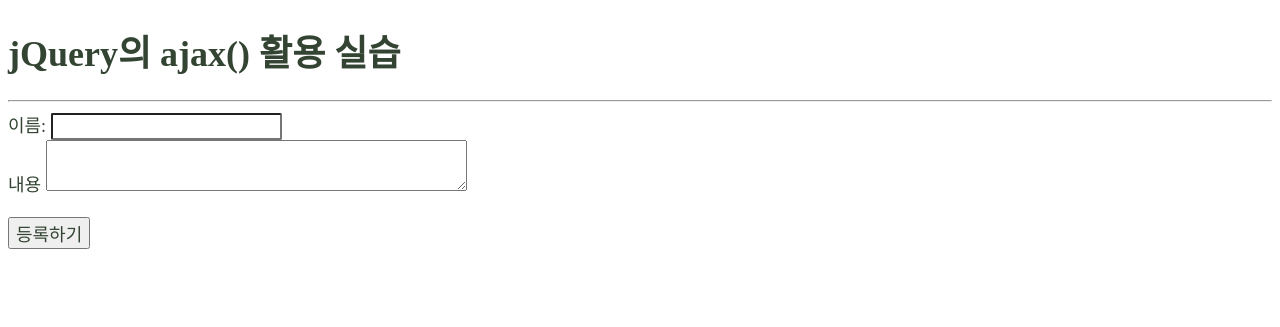
Repository: Jeong43/WebStudy
Page: http://localhost/AjaxJqueryApp04/AjaxTest02.jsp
The author's editor kept a copy of each file at every save. The page is drawn from the files as they stood at one save, then again after the next save.
The browser window is 1280 px wide. The pictures show the whole page.
The page is served by Tomcat 9.

Above is the page before, as saved 2021-12-08 00:07:52.

After the next save:
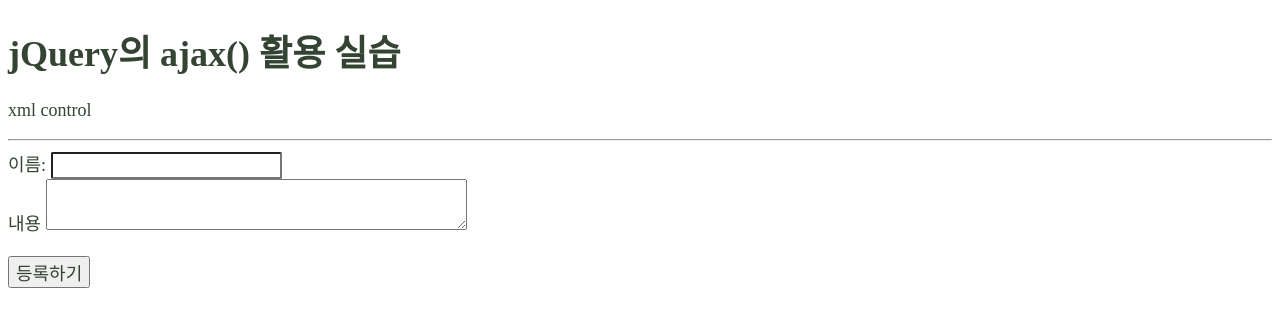
Saved 6 min 5 s later.
--- a/AjaxJqueryApp04/WebContent/AjaxTest02.jsp
+++ b/AjaxJqueryApp04/WebContent/AjaxTest02.jsp
@@ -10,78 +10,25 @@ String cp = request.getContextPath();
 <meta charset="UTF-8">
 <link rel="stylesheet" type="text/css" href="<%=cp%>/css/main.css">
 <script type="text/javascript" src="http://code.jquery.com/jquery.min.js"></script>
+<script type="text/javascript">
 
-<script type="text/javascript">
 	$(function()
 	{
 		$("#sendBtn").click(function()
 		{
-			//alert("sendBtn test");
-
-			// data 구성
-			var params = "name=" + $.trim($("#name").val()) + "&content=" + $.trim($("#content").val());
-
-			// check~!!!
-			// jQuery 의 ajax() 함수 사용(호출)
-			$.ajax(
-			{
-				//@ 아래의 값들은 순서가 바뀌어도 상관 없음(이름: 값 순으로 제이슨 형태로 들어가기 때문에)
-				//@ 디폴트로 들어간 값들은 빼도 무방
-				type : "POST"					// "GET"
-				, url : "AjaxTest01_ok.jsp"
-				, data : params
-				, success : function(args)		// 받아온 값을 매개변수로 받아서 처리해줄 동작(기능) (cf. 콜백)
-				{								// @ success 에서는, type/url/data 을 통해 반환되는 값을 매개변수로 쓴다.
-					$("#resultDiv").html(args);
-
-					$("#name").val("");
-					$("#content").val("");
-					$("#name").val();
-				}
-				, beforeSend : showRequest		// true, false → 유효성 검사 등 (@사전에 확인할 거 없음! 그냥 보내!)
-												// @ 외부 함수를 불러오는 것도 가능 (ex. showRequest → ()를 붙이지 않는다!)
-				, error : function(e)			// 에러 발생 시 처리해줄 동작(기능)
-				{
-					alert(e.responseText);
-				}
-			});
-
+			alert("click test");
 		});
 	});
 
-	function showRequest()
-	{
-		if(!$.trim($("#name").val()))
-		{
-			alert("이름을 입력해야 합니다.");
-			$("#name").focus();
-
-			return false;
-		}
-
-		if(!$.trim($("#content").val()))
-		{
-			alert("내용을 입력해야 합니다.");
-			$("#content").focus();
-
-			return false;
-		}
-
-		return true;
-	}
-
-
-
-
 </script>
 
-
-<title>AjaxTest01.jsp</title>
+<title>AjaxTest02.jsp</title>
 </head>
 <body>
 
 	<div>
 		<h1>jQuery의 ajax() 활용 실습</h1>
+		<p>xml control</p>
 		<hr />
 	</div>
 
